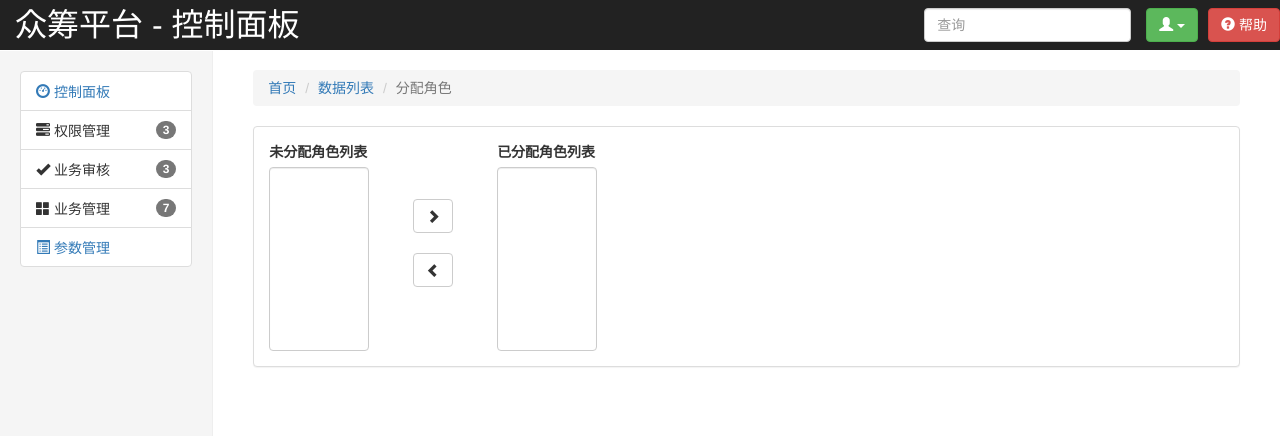
Repository: tornado4651/AtCrodFunding
Page: http://localhost/atcrowdfunding02-admin-webui/WEB-INF/assign-role.jsp
These files come from the project's save history. The page is drawn as it stood at one moment and after the next save; the edit follows.
The browser window is 1280 px wide. The pictures show the whole page.
The page is served by Tomcat 9. Nobody is signed in. The template is opened directly, without the code that normally fills it, so the values that code supplies are empty.

Above is the page before, as saved 2020-04-26 16:40:03.

### atcrowdfunding01-admin-parent/atcrowdfunding02-admin-webui/src/main/webapp/WEB-INF/assign-role.jsp
<%@ page language="java" contentType="text/html; charset=UTF-8"
	pageEncoding="UTF-8"%>
<%@ taglib uri="http://java.sun.com/jsp/jstl/core" prefix="c" %>
<!DOCTYPE html>
<html lang="UTF-8">
<!-- 提取出navigator部分，单独包含进来 -->
<%@include file="/WEB-INF/include-head.jsp" %>

<body>

	<!-- 提取出navigator部分，单独包含进来 -->
	<%@include file="/WEB-INF/include-navigator.jsp" %>

	<div class="container-fluid">
		<div class="row">

			<!-- 提取出sidebar部分，单独包含进来 -->
			<%@include file="/WEB-INF/include-sidebar.jsp" %>
			<div class="col-sm-9 col-sm-offset-3 col-md-10 col-md-offset-2 main">
				<ol class="breadcrumb">
				  <li><a href="#">首页</a></li>
				  <li><a href="#">数据列表</a></li>
				  <li class="active">分配角色</li>
				</ol>
			<div class="panel panel-default">
			  <div class="panel-body">
				<form  action="assign/do/role/assign.html" method="post" role="form" class="form-inline">

				  <input type="hidden" name="adminId" value="${param.adminId }"/>
				  <input type="hidden" name="pageNum" value="${param.pageNum }"/>
				  <input type="hidden" name="keyword" value="${param.keyword }"/>

				  <div class="form-group">
					<label for="exampleInputPassword1">未分配角色列表</label><br>
					<select class="form-control" multiple="multiple" size="10" style="width:100px;overflow-y:auto;">
                        <c:forEach items="${requestScope.unAssignedRoleList }" var="role">
                        	<option value="${role.id }">${role.name }</option>
                        </c:forEach>
                    </select>
				  </div>
				  <div class="form-group">
                        <ul>
                            <li class="btn btn-default glyphicon glyphicon-chevron-right"></li>
                            <br/>
                            <li class="btn btn-default glyphicon glyphicon-chevron-left" style="margin-top:20px;"></li>
                        </ul>
				  </div>
				  <div class="form-group" style="margin-left:40px;">
					<label for="exampleInputPassword1">已分配角色列表</label><br>
					<select name="roleIdList"
						class="form-control" multiple="multiple" size="10"
						style="width:100px;overflow-y:auto;">
                        <c:forEach items="${requestScope.assignedRoleList }" var="role">
                        	<option value="${role.id }">${role.name }</option>
                        </c:forEach>
                    </select>
				  </div>
				</form>
			  </div>
			</div>
        </div>

		</div>
	</div>
</body>
</html>

### atcrowdfunding01-admin-parent/atcrowdfunding02-admin-webui/src/main/webapp/WEB-INF/include-head.jsp
<%@ page language="java" contentType="text/html; charset=UTF-8"
    pageEncoding="UTF-8"%>
<head>
<meta charset="GB18030">
<meta http-equiv="X-UA-Compatible" content="IE=edge">
<meta name="viewport" content="width=device-width, initial-scale=1">
<meta name="description" content="">
<meta name="author" content="">
<base
	href="http://${pageContext.request.serverName }:${pageContext.request.serverPort }${pageContext.request.contextPath }/" />
<link rel="stylesheet" href="bootstrap/css/bootstrap.min.css">
<link rel="stylesheet" href="css/font-awesome.min.css">
<link rel="stylesheet" href="css/main.css">
<style>
.tree li {
	list-style-type: none;
	cursor: pointer;
}

.tree-closed {
	height: 40px;
}

.tree-expanded {
	height: auto;
}
</style>
<script src="jquery/jquery-2.1.1.min.js"></script>
<script src="bootstrap/js/bootstrap.min.js"></script>
<script src="script/docs.min.js"></script>
<script type="text/javascript" src="layer/layer.js"></script>
<script type="text/javascript">
	$(function() {
		$(".list-group-item").click(function() {
			if ($(this).find("ul")) {
				$(this).toggleClass("tree-closed");
				if ($(this).hasClass("tree-closed")) {
					$("ul", this).hide("fast");
				} else {
					$("ul", this).show("fast");
				}
			}
		});
	});
</script>

</head>

### atcrowdfunding01-admin-parent/atcrowdfunding02-admin-webui/src/main/webapp/WEB-INF/include-navigator.jsp
<%@ page language="java" contentType="text/html; charset=UTF-8"
    pageEncoding="UTF-8"%>
<nav class="navbar navbar-inverse navbar-fixed-top" role="navigation">
		<div class="container-fluid">
			<div class="navbar-header">
				<div>
					<a class="navbar-brand" style="font-size: 32px;" href="#">众筹平台
						- 控制面板</a>
				</div>
			</div>
			<div id="navbar" class="navbar-collapse collapse">
				<ul class="nav navbar-nav navbar-right">
					<li style="padding-top: 8px;">
						<div class="btn-group">
							<button type="button"
								class="btn btn-default btn-success dropdown-toggle"
								data-toggle="dropdown">
								<i class="glyphicon glyphicon-user"></i>
								${sessionScope.loginAdmin.userName }
								<span class="caret"></span>
							</button>
							<ul class="dropdown-menu" role="menu">
								<li><a href="#"><i class="glyphicon glyphicon-cog"></i>
										个人设置</a></li>
								<li><a href="#"><i class="glyphicon glyphicon-comment"></i>
										消息</a></li>
								<li class="divider"></li>
								<li><a href="admin/do/logout.html"><i
										class="glyphicon glyphicon-off"></i> 退出系统</a></li>
							</ul>
						</div>
					</li>
					<li style="margin-left: 10px; padding-top: 8px;">
						<button type="button" class="btn btn-default btn-danger">
							<span class="glyphicon glyphicon-question-sign"></span> 帮助
						</button>
					</li>
				</ul>
				<form class="navbar-form navbar-right">
					<input type="text" class="form-control" placeholder="查询">
				</form>
			</div>
		</div>
	</nav>

### atcrowdfunding01-admin-parent/atcrowdfunding02-admin-webui/src/main/webapp/WEB-INF/include-sidebar.jsp
<%@ page language="java" contentType="text/html; charset=UTF-8"
    pageEncoding="UTF-8"%>
<div class="col-sm-3 col-md-2 sidebar">
				<div class="tree">
					<ul style="padding-left: 0px;" class="list-group">
						<li class="list-group-item tree-closed"><a href="main.html"><i
								class="glyphicon glyphicon-dashboard"></i> 控制面板</a></li>
						<li class="list-group-item tree-closed"><span><i
								class="glyphicon glyphicon glyphicon-tasks"></i> 权限管理 <span
								class="badge" style="float: right">3</span></span>
							<ul style="margin-top: 10px; display: none;">
								<li style="height: 30px;"><a href="admin/get/page.html"><i
										class="glyphicon glyphicon-user"></i> 用户维护</a></li>
								<li style="height: 30px;"><a href="role/to/page.html"><i
										class="glyphicon glyphicon-king"></i> 角色维护</a></li>
								<li style="height: 30px;"><a href="menu/to/page.html"><i
										class="glyphicon glyphicon-lock"></i> 菜单维护</a></li>
							</ul></li>
						<li class="list-group-item tree-closed"><span><i
								class="glyphicon glyphicon-ok"></i> 业务审核 <span class="badge"
								style="float: right">3</span></span>
							<ul style="margin-top: 10px; display: none;">
								<li style="height: 30px;"><a href="auth_cert.html"><i
										class="glyphicon glyphicon-check"></i> 实名认证审核</a></li>
								<li style="height: 30px;"><a href="auth_adv.html"><i
										class="glyphicon glyphicon-check"></i> 广告审核</a></li>
								<li style="height: 30px;"><a href="auth_project.html"><i
										class="glyphicon glyphicon-check"></i> 项目审核</a></li>
							</ul></li>
						<li class="list-group-item tree-closed"><span><i
								class="glyphicon glyphicon-th-large"></i> 业务管理 <span
								class="badge" style="float: right">7</span></span>
							<ul style="margin-top: 10px; display: none;">
								<li style="height: 30px;"><a href="cert.html"><i
										class="glyphicon glyphicon-picture"></i> 资质维护</a></li>
								<li style="height: 30px;"><a href="type.html"><i
										class="glyphicon glyphicon-equalizer"></i> 分类管理</a></li>
								<li style="height: 30px;"><a href="process.html"><i
										class="glyphicon glyphicon-random"></i> 流程管理</a></li>
								<li style="height: 30px;"><a href="advertisement.html"><i
										class="glyphicon glyphicon-hdd"></i> 广告管理</a></li>
								<li style="height: 30px;"><a href="message.html"><i
										class="glyphicon glyphicon-comment"></i> 消息模板</a></li>
								<li style="height: 30px;"><a href="project_type.html"><i
										class="glyphicon glyphicon-list"></i> 项目分类</a></li>
								<li style="height: 30px;"><a href="tag.html"><i
										class="glyphicon glyphicon-tags"></i> 项目标签</a></li>
							</ul></li>
						<li class="list-group-item tree-closed"><a href="param.html"><i
								class="glyphicon glyphicon-list-alt"></i> 参数管理</a></li>
					</ul>
				</div>
			</div>

### atcrowdfunding01-admin-parent/atcrowdfunding02-admin-webui/src/main/webapp/css/main.css
/*
 * Base structure
 */

/* Move down content because we have a fixed navbar that is 50px tall */
body {
  padding-top: 50px;
}


/*
 * Global add-ons
 */

.sub-header {
  padding-bottom: 10px;
  border-bottom: 1px solid #eee;
}

/*
 * Top navigation
 * Hide default border to remove 1px line.
 */
.navbar-fixed-top {
  border: 0;
}

/*
 * Sidebar
 */

/* Hide for mobile, show later */
.sidebar {
  display: none;
}
@media (min-width: 768px) {
  .sidebar {
    position: fixed;
    top: 51px;
    bottom: 0;
    left: 0;
    z-index: 1000;
    display: block;
    padding: 20px;
    overflow-x: hidden;
    overflow-y: auto; /* Scrollable contents if viewport is shorter than content. */
    background-color: #f5f5f5;
    border-right: 1px solid #eee;
  }
}

/* Sidebar navigation */
.nav-sidebar {
  margin-right: -21px; /* 20px padding + 1px border */
  margin-bottom: 20px;
  margin-left: -20px;
}
.nav-sidebar > li > a {
  padding-right: 20px;
  padding-left: 20px;
}
.nav-sidebar > .active > a,
.nav-sidebar > .active > a:hover,
.nav-sidebar > .active > a:focus {
  color: #fff;
  background-color: #428bca;
}


/*
 * Main content
 */

.main {
  padding: 20px;
}
@media (min-width: 768px) {
  .main {
    padding-right: 40px;
    padding-left: 40px;
  }
}
.main .page-header {
  margin-top: 0;
}


/*
 * Placeholder dashboard ideas
 */

.placeholders {
  margin-bottom: 30px;
  text-align: center;
}
.placeholders h4 {
  margin-bottom: 0;
}
.placeholder {
  margin-bottom: 20px;
}
.placeholder img {
  display: inline-block;
  border-radius: 50%;
}

Loaded but not shown: atcrowdfunding01-admin-parent/atcrowdfunding02-admin-webui/src/main/webapp/bootstrap/css/bootstrap.min.css (library); atcrowdfunding01-admin-parent/atcrowdfunding02-admin-webui/src/main/webapp/css/font-awesome.min.css (library); atcrowdfunding01-admin-parent/atcrowdfunding02-admin-webui/src/main/webapp/jquery/jquery-2.1.1.min.js (library); atcrowdfunding01-admin-parent/atcrowdfunding02-admin-webui/src/main/webapp/bootstrap/js/bootstrap.min.js (library); atcrowdfunding01-admin-parent/atcrowdfunding02-admin-webui/src/main/webapp/script/docs.min.js (library); atcrowdfunding01-admin-parent/atcrowdfunding02-admin-webui/src/main/webapp/layer/layer.js (library); atcrowdfunding01-admin-parent/atcrowdfunding02-admin-webui/src/main/webapp/layer/theme/default/layer.css (library)

After the next save:
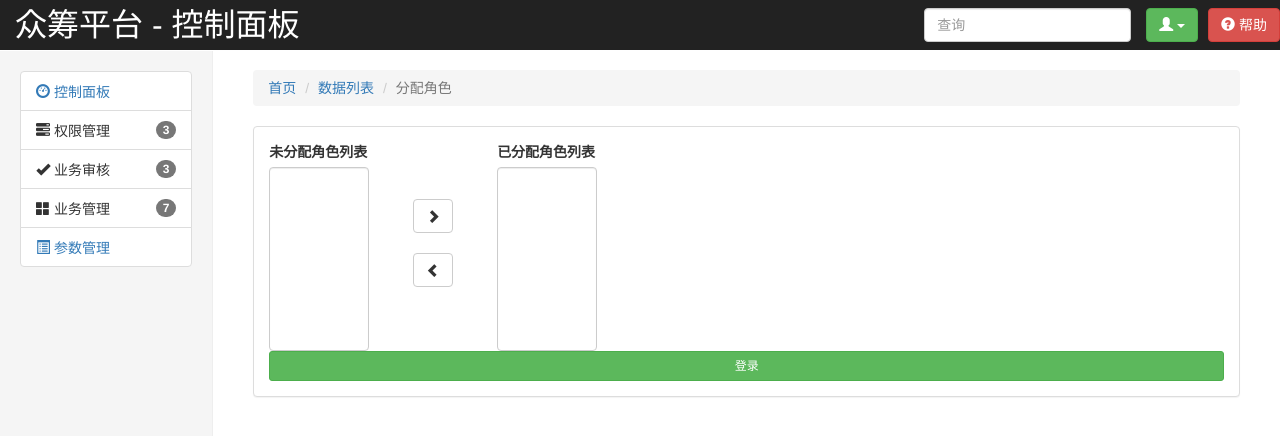
Saved 100 s later.
--- a/atcrowdfunding01-admin-parent/atcrowdfunding02-admin-webui/src/main/webapp/WEB-INF/assign-role.jsp
+++ b/atcrowdfunding01-admin-parent/atcrowdfunding02-admin-webui/src/main/webapp/WEB-INF/assign-role.jsp
@@ -55,6 +55,9 @@
                         </c:forEach>
                     </select>
 				  </div>
+
+				  <button type="submit" class="btn btn-sm btn-success btn-block">登录</button>
+
 				</form>
 			  </div>
 			</div>
